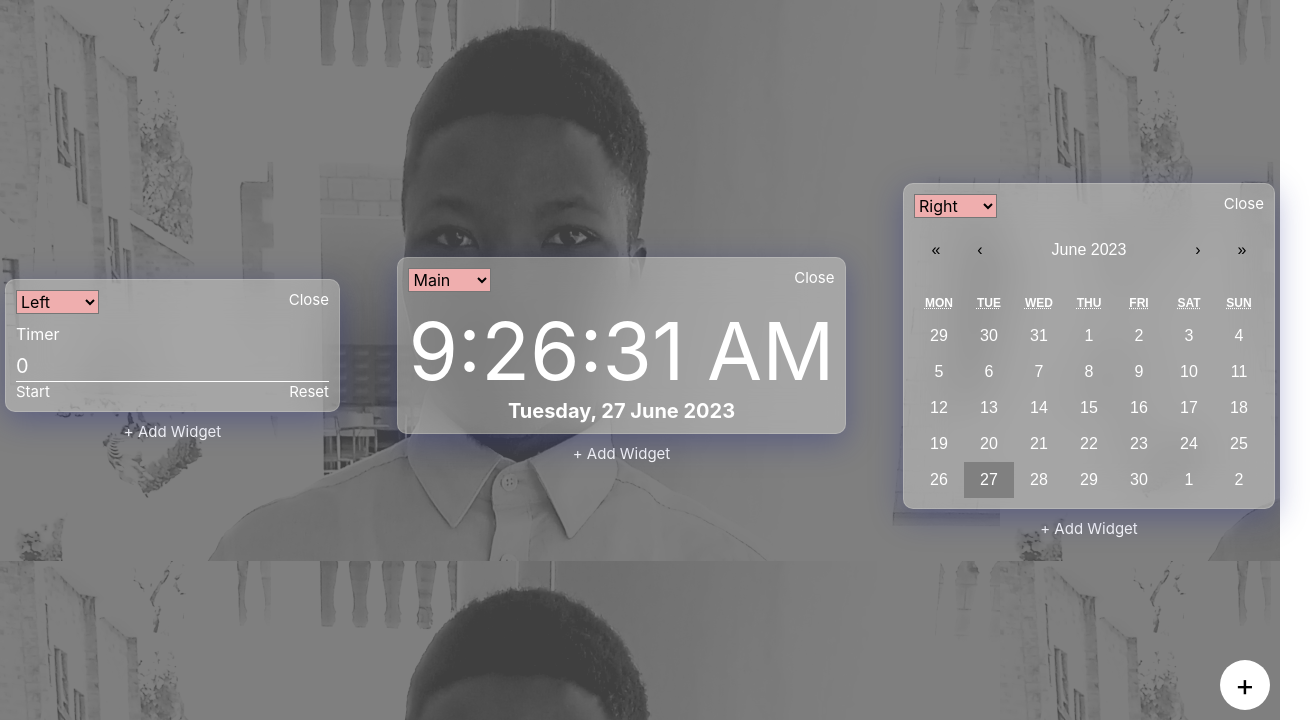
Repository: Angera-Silas/Planner-app
Page: /
An editor plug-in stored every save of this project. The page is shown before and after the next save, followed by the edit.
The browser window is 1280 px wide. The page is 1280 px wide, then 1310 px, so the pictures cover 1310 px, including what lies to the right of the window. The pictures show the whole page.
The project was rebuilt for these pictures with package versions that can differ from the ones it lists, and the page was loaded fresh each time. Also part of the build but not shown: src/widgets/ReminderListWidget.js, src/widgets/MyCustomWidget.js, src/modals/WidgetGalleryModal.js.

Above is the page before, as saved 2023-06-27 18:07:26.

### src/index.css
body {
  margin: 0;
  font-family: -apple-system, BlinkMacSystemFont, 'Segoe UI', 'Roboto', 'Oxygen',
    'Ubuntu', 'Cantarell', 'Fira Sans', 'Droid Sans', 'Helvetica Neue',
    sans-serif;
  -webkit-font-smoothing: antialiased;
  -moz-osx-font-smoothing: grayscale;
}

code {
  font-family: source-code-pro, Menlo, Monaco, Consolas, 'Courier New',
    monospace;
}
*,
*::before,
*::after {
 box-sizing: border-box;
}

img,
svg,
video,
canvas,
audio,
iframe,
embed,
object {
 display: block;
 max-width: 100%;
}

input,
button,
textarea,
select {
 font: inherit;
 color: black;
}

* {
 margin: 0;
 padding: 0;
 box-sizing: border-box;
 font: inherit;
 color: white;
}

/* width */
::-webkit-scrollbar {
 width: 10px;
}

/* Track */
::-webkit-scrollbar-track {
 background: #363636;
}

/* Handle */
::-webkit-scrollbar-thumb {
 background: #777;
}

/* Handle on hover */
::-webkit-scrollbar-thumb:hover {
 background: #1e1e1e;
}

### src/App.js
import React, { useState } from 'react';
import './App.css';
import ClockWidget from './widgets/ClockWidget';
import WidgetGalleryModal from './modals/WidgetGalleryModal';
import Draggable from 'react-draggable';
import TimerWidget from './widgets/TimerWidget';
import CalendarWidget from './widgets/CalendarWidget';
import MyCustomWidget from './widgets/MyCustomWidget';

function App() {
 const [widgets, setWidgets] = useState([
  { id: new Date().getTime(), component: <ClockWidget />, area: 'main-widget', name: "Date and Time" },
  { id: new Date().getTime() + 2, component: <CalendarWidget />, area: 'right-widget', name: "Calendar" },
  { id: new Date().getTime() + 1, component: <TimerWidget />, area: 'left-widget', name:"Timer" },
  { id: new Date().getTime(), component: <MyCustomWidget/>,area:'center-widget',name:"Stopwatch"},
 ])
 const [showWidgetModal, setShowWidgetModal] = useState(false)
 const [selectedWidgetArea, setSelectedWidgetArea] = useState('')

 const removeWidget = (index) => {
  try {
   setWidgets(widgets.filter(widget => widget.id !== index))
  } catch (error) {
   console.log(error)
  }
 }

 return (
  <>
   {showWidgetModal && <WidgetGalleryModal setShowWidgetModal={setShowWidgetModal} selectedWidgetArea={selectedWidgetArea} widgets={widgets} setWidgets={setWidgets} />}
   <div className="add-button"
    onClick={() => {
     console.log('add button clicked')
     setShowWidgetModal(true)
     setSelectedWidgetArea('none-widget')
    }}
   >
    <p
     className='add-widget-button'
     style={{ background: "none", border: "none", color: "black", fontSize: "30px", cursor: "pointer", backgroundColor: "white", borderRadius: "50%", width: "50px", display: "flex", justifyContent: "center", alignItems: "center", height: "50px", position: "fixed", bottom: "10px", right: "10px" }}
    >+</p>
   </div>
   <div className='none-widget' >
    {widgets.length > 0 && widgets.map((widget, index) => {
     if (widget.area === 'none-widget') {
      return (
       <Draggable>
            <div style={{ padding: 10,}} className='widget-container' >
             <div style={{ marginBottom: 10 }}>
              <select value={widget.area}
               onChange={(e) => {
                let widgetList = [...widgets]
                widgetList[index].area = e.target.value
                setWidgets(widgetList)
               }}
              >
               <option value="none-widget">Floating</option>
               <option value="left-widget">Left</option>
               <option value="main-widget">Main</option>
               <option value="right-widget">Right</option>
              </select>
              <button
               onClick={() => {
                removeWidget(widget.id)
               }}
               style={{ background: "none", border: "none", color: "white", fontSize: "15px", cursor: "pointer", float: "right" }}
              >Close</button>
             </div>
             {widget.component}
            </div>
       </Draggable>
      )
     }
    })}
   </div>
   <div className="App">
    <div className="container">
     <div className='left-widget'>
      {widgets.length > 0 && widgets.map((widget, index) => {
       if (widget.area === 'left-widget') {
        return (
         <div style={{ padding: 10,}} className='widget-container'>
          <div style={{ marginBottom: 10 }}>
           <select value={widget.area}
            onChange={(e) => {
             let widgetList = [...widgets]
             widgetList[index].area = e.target.value
             setWidgets(widgetList)
            }}
           >
            <option value="none-widget">Floating</option>
            <option value="left-widget">Left</option>
            <option value="main-widget">Main</option>
            <option value="right-widget">Right</option>
           </select>
           <button
            onClick={() => {
             removeWidget(widget.id)
            }}
            style={{ background: "none", border: "none", color: "white", fontSize: "15px", cursor: "pointer", float: "right" }}
           >Close</button>
          </div>
          {widget.component}
         </div>
        )
       }
      })}
      {widgets.filter(widget => widget.area === 'left-widget').length < 3 && widgets.filter(widget => widget.area === 'left-widget').length > 0 &&
       <button
        className='add-widget-button'
        onClick={() => {
         setShowWidgetModal(true)
         setSelectedWidgetArea('left-widget')
        }}>+ Add Widget</button>
      }
     </div>
     <div className='main-widget'>
      {widgets.length > 0 && widgets.map((widget, index) => {
       if (widget.area === 'main-widget') {
        return (
         <div style={{ padding: 10,}} className='widget-container' >
          <div style={{ marginBottom: 10 }}>
           <select value={widget.area}
            onChange={(e) => {
             let widgetList = [...widgets]
             widgetList[index].area = e.target.value
             setWidgets(widgetList)
            }}
           >
            <option value="none-widget">Floating</option>
            <option value="left-widget">Left</option>
            <option value="main-widget">Main</option>
            <option value="right-widget">Right</option>
           </select>
           <button
            onClick={() => {
             removeWidget(widget.id)
            }}
            style={{ background: "none", border: "none", color: "white", fontSize: "15px", cursor: "pointer", float: "right" }}
           >Close</button>
          </div>
          {widget.component}
         </div>
        )
       }
      })}
      {widgets.filter(widget => widget.area === 'main-widget').length < 2 &&
       <button
        className='add-widget-button'
        onClick={() => {
         setShowWidgetModal(true)
         setSelectedWidgetArea('main-widget')
        }}>+ Add Widget</button>
      }
     </div>

     <div className='right-widget'>
      {widgets.length > 0 && widgets.map((widget, index) => {
       if (widget.area === 'right-widget') {
        return (
         <div style={{ padding: 10,}} className='widget-container'>
          <div style={{ marginBottom: 10 }}>
           <select value={widget.area}
            onChange={(e) => {
             let widgetList = [...widgets]
             widgetList[index].area = e.target.value
             setWidgets(widgetList)
            }}
           >
            <option value="none-widget">Floating</option>
            <option value="left-widget">Left</option>
            <option value="main-widget">Main</option>
            <option value="right-widget">Right</option>
           </select>
           <button
            onClick={() => {
             removeWidget(widget.id)
            }}
            style={{ background: "none", border: "none", color: "white", fontSize: "15px", cursor: "pointer", float: "right" }}
           >Close</button>
          </div>
          {widget.component}
         </div>
        )
       }
      })}
      {widgets.filter(widget => widget.area === 'right-widget').length < 3 && widgets.filter(widget => widget.area === 'right-widget').length > 0 &&
       <button
        className='add-widget-button'
        onClick={() => {
         setShowWidgetModal(true)
         setSelectedWidgetArea('right-widget')
        }}>+ Add Widget</button>
      }
     </div>
    </div>
   </div>
  </>
 )
}

export default App;

### src/App.css
.App {
  background: url("background.jpg");
  height: 100vh;
  display: flex;
  justify-content: flex-start;
  align-items: center;
  width: 100%;

}

.container {
  display: flex;
  flex-direction: row;
  align-items: flex-start;
  justify-content: space-between;
  gap: 5px;
  width: 100vw;
  padding: 5px;
  max-height: 100vh;
  height: 100%;

}

.item {
  background-color: rgba(255, 255, 255, 0.8);
  border: 1px solid rgba(0, 0, 0);
  padding: 20px;
  font-size: 30px;
  text-align: center;
}

.time {
  font-size: 80px;
  color: white;
  text-align: center;
}

.date {
  font-size: 20px;
  color: white;
  text-align: center;
  font-weight: bold;
}

.add-widget-button {
  background-color: transparent;
  color: white;
  border: none;
  font-size: 15px;
  text-align: center;
  cursor: pointer;
}

.add-widget-button:hover {
  color: #1e1e1e;
}

.right-widget,
.left-widget,
.main-widget {
  display: flex;
  justify-content: center;
  align-items: center;
  flex-direction: column;
  gap: 10px;
  height: 100%;
  max-width: 500px;
}

.none-widget {
  position: fixed;
  /* height: 100vh;
  width: 100vw; */
  top: 0px;
  left: 0px;
}

select {
 background-color: #efaeae;
}

/* Modal */
.modal {
  position: fixed;
  z-index: 1;
  padding-top: 100px;
  left: 0;
  top: 0;
  width: 100vw;
  height: 100vh;
  overflow: auto;
  background-color: rgb(0, 0, 0, 0.4);
}

.modal-content {
  background-color: #183A37;
  margin: auto;
  padding: 20px;
  width: 50%;
  max-height: 50vh;
  overflow: scroll;
}

.modal-header {
  display: flex;
  justify-content: space-between;
  align-items: flex-start;
}

.modal-header h2 {
  color: white;
  font-weight: bold;
  font-size: 25px;
}

.row {
  display: flex;
  justify-content: space-between;
  align-items: center;
  gap: 10px;
}

.widget-gallery-item {
  color: black;
  border: 1px solid white;
  padding: 10px;
  margin-bottom: 10px;
}

.text-input {
  outline: none;
  border: none;
  border-bottom: 1px solid white;
  width: 100%;
  background-color: transparent;
  color: white;
  font-size: 20px;
  margin-top: 10px;
  padding-bottom: 3px;
}

.widget-container {
  background: rgba(255, 255, 255, 0.3);
  box-shadow: 0 8px 32px 0 rgba(31, 38, 135, 0.37);
  backdrop-filter: blur(20px);
  -webkit-backdrop-filter: blur(20px);
  border-radius: 10px;
  border: 1px solid rgba(255, 255, 255, 0.18);

}

.widget-gallery-item-name{
  font-size: 20px;
  font-weight: bold;
  margin-bottom: 10px;
}
.stopwatch {
 width: 100%;
 font-size: 20px;
 color: white;
 font-weight: bold;
}

### src/widgets/ClockWidget.js
import React, { useEffect, useState } from 'react'

export default function ClockWidget() {
  const [time, setTime] = useState(new Date().toLocaleTimeString())
  const [date, setDate] = useState(new Date())
  useEffect(() => {
    const interval = setInterval(() => {
      setTime(new Date().toLocaleTimeString())
      setDate(new Date())
    }, 1000)
    return () => clearInterval(interval)
  }, [])

  const tidyDate = (date) => {
    const dateArray = date
    const day = dateArray.getDay()
    const dateNumber = dateArray.getDate()
    const month = dateArray.getMonth() + 1
    const year = dateArray.getFullYear()

    const days = ['Sunday', 'Monday', 'Tuesday', 'Wednesday', 'Thursday', 'Friday', 'Saturday']
    const months = ['January', 'February', 'March', 'April', 'May', 'June', 'July', 'August', 'September', 'October', 'November', 'December']

    return `${days[day]}, ${dateNumber} ${months[month - 1]} ${year}`

  }

  return (
    <div>
      <p className='time'>{time}</p>
      <p className='date'>{tidyDate(date)}</p>
    </div>
  )
}

### src/widgets/TimerWidget.js
import React, { useEffect, useState } from 'react'

export default function TimerWidget() {
  const [timerListData, setTimerListData] = useState({
    time: 0,
    isRunning: false,
  })

  const tidyTime = (time) => {
    let hours = Math.floor(time / 3600)
    let minutes = Math.floor((time - (hours * 3600)) / 60)
    let seconds = time - (hours * 3600) - (minutes * 60)

    if (hours < 10) { hours = "0" + hours }
    if (minutes < 10) { minutes = "0" + minutes }
    if (seconds < 10) { seconds = "0" + seconds }

    return hours + ':' + minutes + ':' + seconds
  }

  useEffect(() => {
    // timer logic
    let interval = null
    if (timerListData.isRunning && timerListData.time > 0) {
      interval = setInterval(() => {
        setTimerListData({
          ...timerListData,
          time: parseInt(timerListData.time) - 1,
        })
      }, 1000)
    } else if (!timerListData.isRunning && timerListData.time !== 0) {
      setTimerListData({
        ...timerListData,
        isRunning: false,
      })
      clearInterval(interval)
    } else if (timerListData.isRunning && timerListData.time === 0) {
      setTimerListData({
        ...timerListData,
        isRunning: false,
      })
      clearInterval(interval)
      alert('Timer is up!')
    }

      return () => clearInterval(interval)
  }, [timerListData.isRunning, timerListData.time])

  return (
    <div style={{ minWidth: 300 }}>
      <div style={{ display: "flex", justifyContent: "space-between", alignItems: "row" }}>
        <p>Timer</p>
      </div>
      <div className='timer-container'>
        <div className='timer-display'>
          {timerListData.isRunning ?
            <p style={{ textAlign: "center", fontWeight: "bold", fontSize: 20 }}>{tidyTime(timerListData.time)}</p>
            :
            <input type="text" className='text-input' value={timerListData.time} onChange={(e) => {
              setTimerListData({
                ...timerListData,
                time: e.target.value,
              })
            }} />
          }
        </div>
        <div className='timer-controls' style={{ display: "flex", justifyContent: "space-between", alignItems: "center", }}>
          <button
            style={{
              background: "none",
              border: "none",
              color: "white",
              fontSize: "15px",
              cursor: "pointer",
            }}
            onClick={() => {
              setTimerListData({
                ...timerListData,
                isRunning: !timerListData.isRunning,
              })
            }}
          >{timerListData.isRunning ? 'Stop' : 'Start'}</button>
          <button
            style={{
              background: "none",
              border: "none",
              color: "white",
              fontSize: "15px",
              cursor: "pointer",
            }}
            onClick={() => {
              setTimerListData({
                ...timerListData,
                time: 0,
              })
            }}
          >Reset</button>
        </div>
      </div>
    </div>
  )
}

### src/styles/styles.css
.react-calendar {
  width: 350px;
  max-width: 100%;
  background: transparent;
  font-family: Arial, Helvetica, sans-serif;
  line-height: 1.125em;
}

.react-calendar--doubleView {
  width: 700px;
}

.react-calendar--doubleView .react-calendar__viewContainer {
  display: flex;
  margin: -0.5em;
}

.react-calendar--doubleView .react-calendar__viewContainer > * {
  width: 50%;
  margin: 0.5em;
}

.react-calendar,
.react-calendar *,
.react-calendar *:before,
.react-calendar *:after {
  -moz-box-sizing: border-box;
  -webkit-box-sizing: border-box;
  box-sizing: border-box;
}

.react-calendar button {
  margin: 0;
  border: 0;
  outline: none;
}

.react-calendar button:enabled:hover {
  cursor: pointer;
}

.react-calendar__navigation {
  display: flex;
  height: 44px;
  margin-bottom: 1em;
}

.react-calendar__navigation button {
  min-width: 44px;
  background: none;
}

.react-calendar__navigation button:disabled {
  background-color: #f0f0f0;
}

.react-calendar__navigation button:enabled:hover,
.react-calendar__navigation button:enabled:focus {
  background-color: #e6e6e6;
}

.react-calendar__month-view__weekdays {
  text-align: center;
  text-transform: uppercase;
  font-weight: bold;
  font-size: 0.75em;
}

.react-calendar__month-view__weekdays__weekday {
  padding: 0.5em;
}

.react-calendar__month-view__weekNumbers .react-calendar__tile {
  display: flex;
  align-items: center;
  justify-content: center;
  font-size: 0.75em;
  font-weight: bold;
}

.react-calendar__month-view__days__day--weekend {
  color: #d10000;
}

.react-calendar__month-view__days__day--neighboringMonth {
  color: #757575;
}

.react-calendar__year-view .react-calendar__tile,
.react-calendar__decade-view .react-calendar__tile,
.react-calendar__century-view .react-calendar__tile {
  padding: 2em 0.5em;
}

.react-calendar__tile {
  max-width: 100%;
  padding: 10px 6.6667px;
  background: none;
  text-align: center;
  line-height: 16px;
}

.react-calendar__tile:disabled {
  background-color: #f0f0f0;
}

.react-calendar__tile:enabled:hover,
.react-calendar__tile:enabled:focus {
  background-color: #e6e6e6;
}

.react-calendar__tile--now {
  background: gray;
}

.react-calendar__tile--now:enabled:hover,
.react-calendar__tile--now:enabled:focus {
  background: gray;
}

.react-calendar__tile--hasActive {
  background: #76baff;
}

.react-calendar__tile--hasActive:enabled:hover,
.react-calendar__tile--hasActive:enabled:focus {
  background: #a9d4ff;
}

.react-calendar__tile--active {
  background: #006edc;
  color: white;
}

.react-calendar__tile--active:enabled:hover,
.react-calendar__tile--active:enabled:focus {
  background: #1087ff;
}

.react-calendar--selectRange .react-calendar__tile--hover {
  background-color: #e6e6e6;
}

Loaded but not shown: public/index.html (common file); src/index.js (common file); src/reportWebVitals.js (common file); src/widgets/CalendarWidget.js (common file)

After the next save:
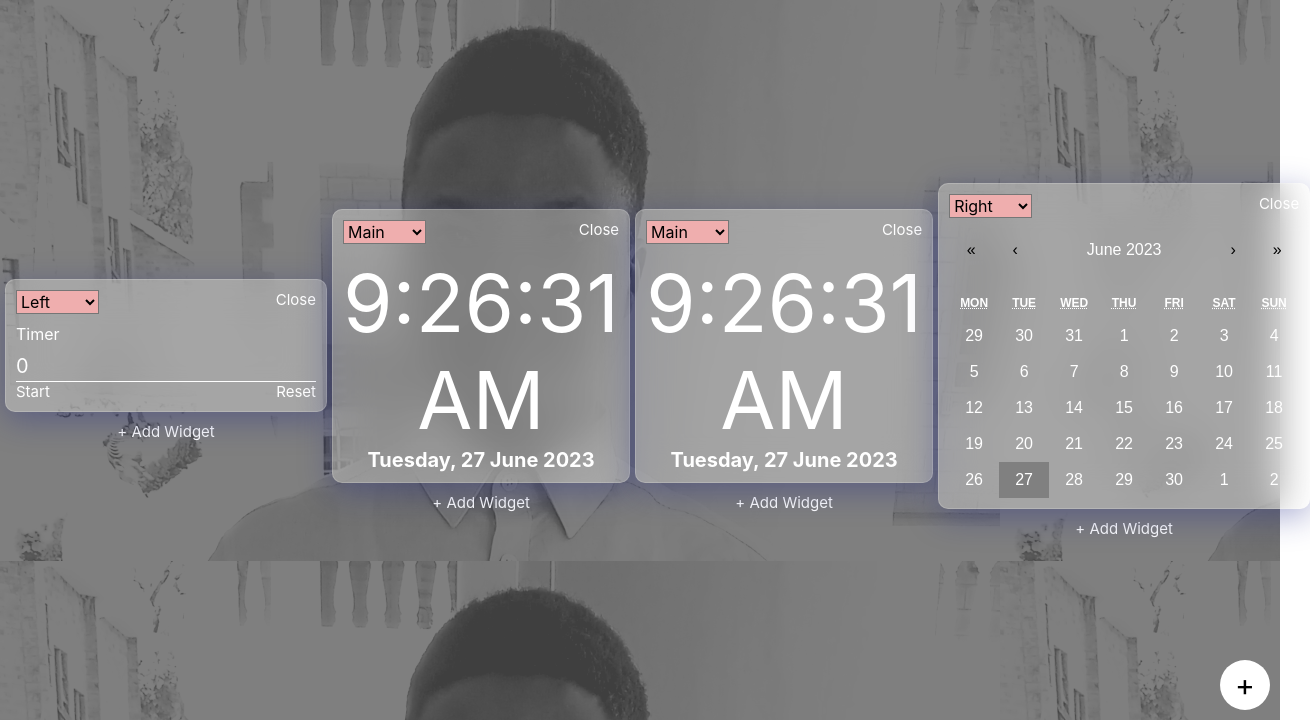
Saved 4 s later.
--- a/src/App.js
+++ b/src/App.js
@@ -153,7 +153,45 @@ function App() {
         }}>+ Add Widget</button>
       }
      </div>
-
+     <div className='main-widget'>
+      {widgets.length > 0 && widgets.map((widget, index) => {
+       if (widget.area === 'main-widget') {
+        return (
+         <div style={{ padding: 10,}} className='widget-container' >
+          <div style={{ marginBottom: 10 }}>
+           <select value={widget.area}
+            onChange={(e) => {
+             let widgetList = [...widgets]
+             widgetList[index].area = e.target.value
+             setWidgets(widgetList)
+            }}
+           >
+            <option value="none-widget">Floating</option>
+            <option value="left-widget">Left</option>
+            <option value="main-widget">Main</option>
+            <option value="right-widget">Right</option>
+           </select>
+           <button
+            onClick={() => {
+             removeWidget(widget.id)
+            }}
+            style={{ background: "none", border: "none", color: "white", fontSize: "15px", cursor: "pointer", float: "right" }}
+           >Close</button>
+          </div>
+          {widget.component}
+         </div>
+        )
+       }
+      })}
+      {widgets.filter(widget => widget.area === 'main-widget').length < 2 &&
+       <button
+        className='add-widget-button'
+        onClick={() => {
+         setShowWidgetModal(true)
+         setSelectedWidgetArea('main-widget')
+        }}>+ Add Widget</button>
+      }
+     </div>
      <div className='right-widget'>
       {widgets.length > 0 && widgets.map((widget, index) => {
        if (widget.area === 'right-widget') {
